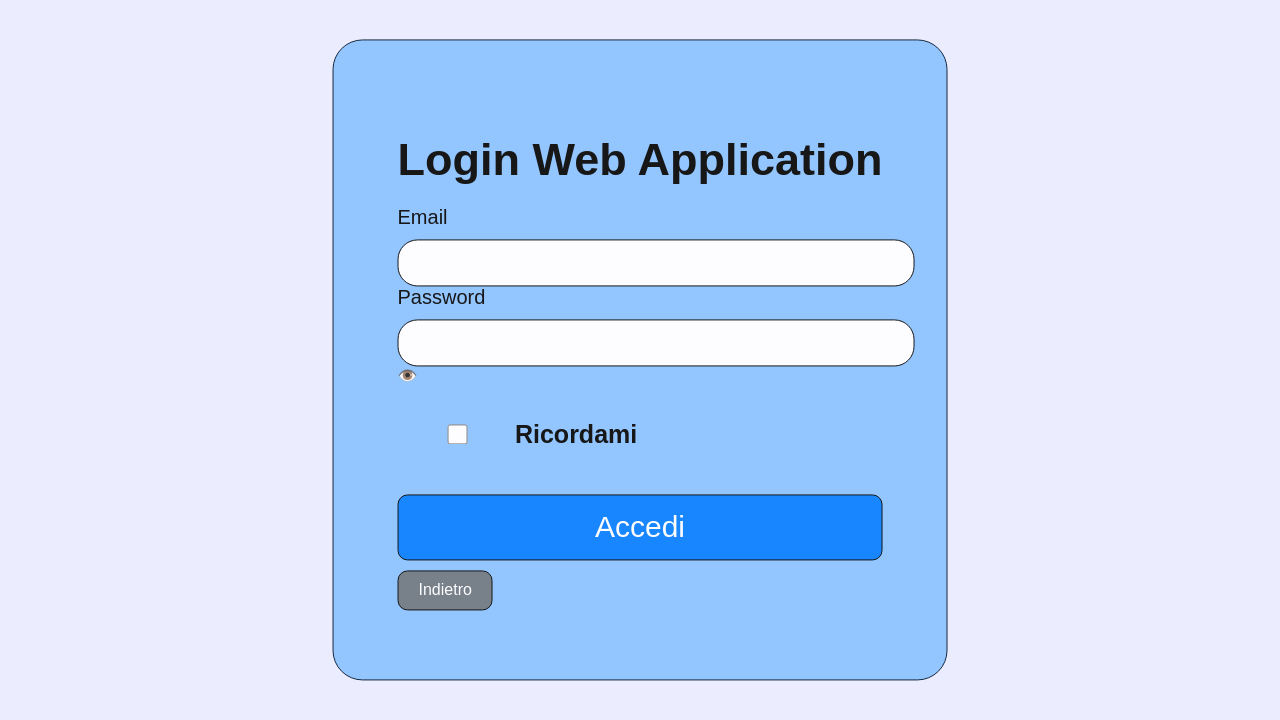
Repository: GabrielCellammare/WebApplication-SA-CyberSecurity
Page: http://localhost/WebProject-CellammareGabriel_ApplicationSecurity_/userNotLoggedLogin.jsp
An editor plug-in stored every save of this project. The page is shown before and after the next save, followed by the edit.
The browser window is 1280 px wide. The pictures show the whole page.
The page is served by Tomcat 9. Nobody is signed in. The application's start-up code is not run. Other server files are loaded and not shown.

Above is the page before, as saved 2024-08-27 09:51:09.

### WebProject-CellammareGabriel(ApplicationSecurity)/WebContent/userNotLoggedLogin.jsp
<%@ page language="java" contentType="text/html; charset=UTF-8"
    pageEncoding="UTF-8"%>
<!DOCTYPE html>
<html>
    <head>
        <title>Login Web Application</title>
        <style>
         	<%@include file="/WEB-INF/css/styleLogin.css"%>
         </style>
          <script>
	        function togglePassword() {
	            var passwordField = document.getElementById("password");
	            if (passwordField.type === "password") {
	                passwordField.type = "text";
	            } else {
	                passwordField.type = "password";
	            }
        	}
    </script>
    </head>
    <body>
        <div class="container">
            <h1>Login Web Application</h1>
            <form action="LoginServlet" method="post">
                <div class="password-container">
                    <label for="email">Email</label>
                    <input type="email" name="email" id="email" required>
                </div>
                <div class="field">
                    <label for="password">Password</label>
                    <input type="password" name="password" id="password" required>
                    <span class="toggle-password" onclick="togglePassword()">👁️</span>
                </div>
                <div class="field">
                    <input type="checkbox" name="remember" id="remember">
                    <label for="remember">Ricordami</label>
                </div>
                <input type="submit" value="Accedi">
                <a href="userNotLoggedIndex.jsp" class="btn">Indietro</a>
            </form>
        </div>
    </body>
</html>

### WebProject-CellammareGabriel(ApplicationSecurity)/WebContent/WEB-INF/css/styleLogin.css
body {
	font-family: sans-serif;
	background-color: #ececff;
}

.container {
	margin: 0 auto;
	max-width: 80vw;
  	padding: 5vw;;
	background-color: #8ac1ff;
	opacity: 0.9;
	border-radius: 30px;
	border: 1px solid #001328;
	position: absolute;
	top: 50%;
	left: 50%;
	transform: translate(-50%, -50%);
}

h1 {
	text-align: center;
	font-size: 45px;
	font-weight: bold;
	margin-bottom: 20px;
}

p {
	text-align: center;
	font-size: 30px;
	margin-bottom: 20px;
}

.field {
	margin-bottom: 35px;
}

label {
	display: block;
	margin-bottom: 10px;
	font-size: 20px;

}

label[for="remember"]{
	display:inline-block;
	vertical-align:middle;
	font-weight: bold;
	font-size:25px;

}

input {
	width: 100%;
	padding: 15px;
	border: 1px solid black;
	border-radius: 20px;
}

input[type="checkbox"] {
  width: 100px;
  height: 20px;
  margin-left: 10px;
}

.remember-checkbox {
  float: none;
  display: inline-block;
  margin-left: 5px;


}

.btn {
  display: inline-block;
  padding: 10px 20px;
  margin-top: 10px;
  margin-bottom: 5px;
  background-color: #6c757d;
  color: #fff;
  border: 1px solid black;
  border-radius: 10px;
  cursor: pointer;
  text-decoration:none;
}

input[type="submit"] {
	background-color: #007bff;
	color: #fff;
	border: 1px solid black;
	border-radius: 10px;
	cursor: pointer;
	font-size: 30px;
}

After the next save:
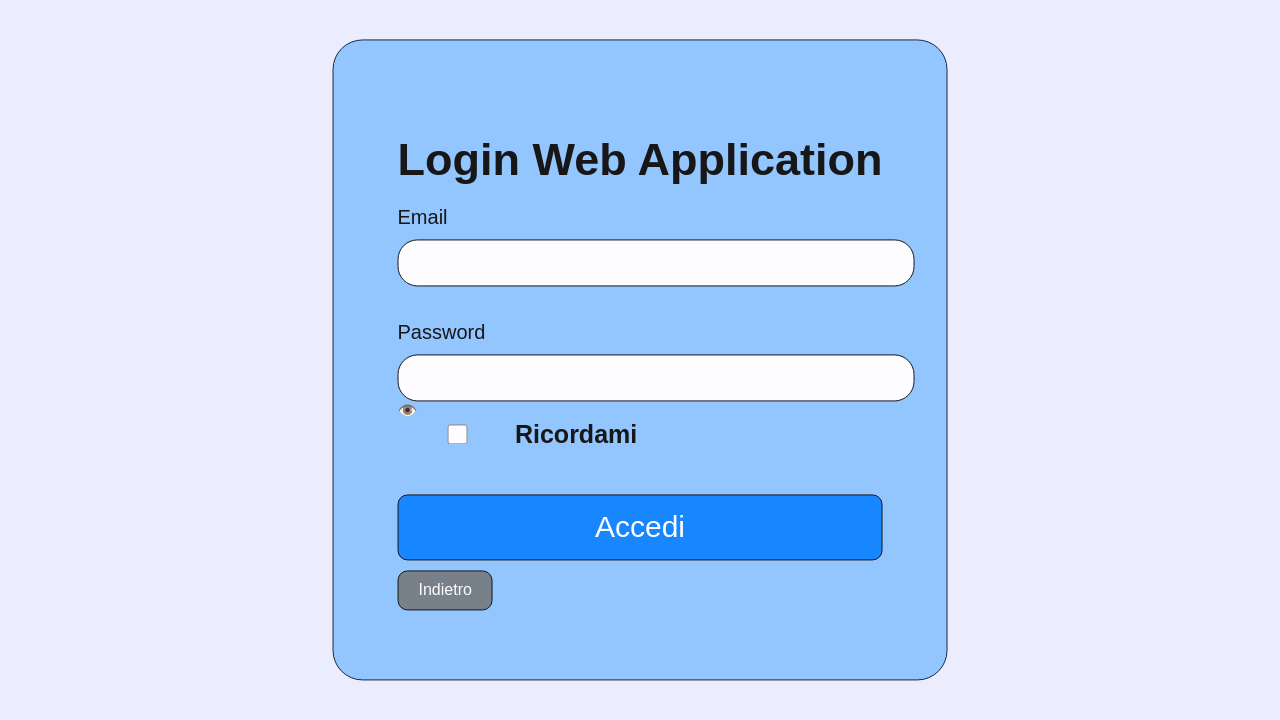
Saved 7 s later.
--- a/WebProject-CellammareGabriel(ApplicationSecurity)/WebContent/userNotLoggedLogin.jsp
+++ b/WebProject-CellammareGabriel(ApplicationSecurity)/WebContent/userNotLoggedLogin.jsp
@@ -22,11 +22,11 @@
         <div class="container">
             <h1>Login Web Application</h1>
             <form action="LoginServlet" method="post">
-                <div class="password-container">
+                <div class="field">
                     <label for="email">Email</label>
                     <input type="email" name="email" id="email" required>
                 </div>
-                <div class="field">
+                <div class="password-container">
                     <label for="password">Password</label>
                     <input type="password" name="password" id="password" required>
                     <span class="toggle-password" onclick="togglePassword()">👁️</span>
